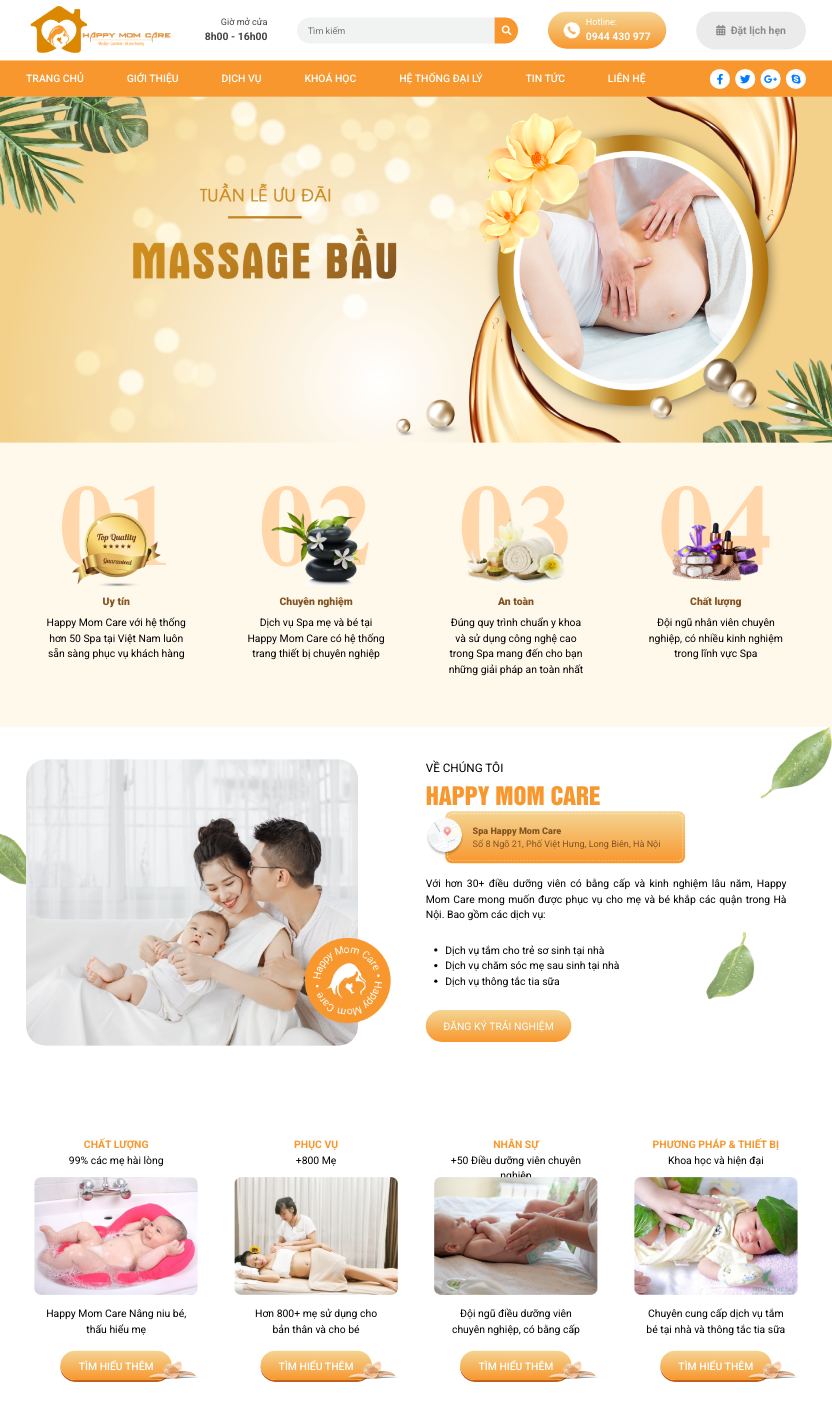
Repository: haianh12082001/happymom
Page: index.html
The author's editor kept a copy of each file at every save. The page is drawn from the files as they stood at one save, then again after the next save.
The browser window is 1280 px wide. The pictures show the whole page, at 65% of full size.
Some web libraries are served in a nearby version. The style sheet was rebuilt from its Sass, Less or Tailwind sources for each picture, by a compiler version that may differ from the author's.

Above is the page before, as saved 2021-11-16 08:46:31.

### index.html
<!DOCTYPE html>
<html lang="en">
    <head>
        <meta charset="UTF-8" />
        <meta http-equiv="X-UA-Compatible" content="IE=edge" />
        <meta name="viewport" content="width=device-width, initial-scale=1.0" />
        <title>Document</title>
        <link href="https://fonts.googleapis.com/css2?family=Roboto:wght@300;400;500;700;900&display=swap" rel="stylesheet" />
        <link rel="stylesheet" href="./assets/fonts/fontawesome-free-5.15.3/css/all.min.css" />
        <link
            rel="stylesheet"
            href="https://cdn.jsdelivr.net/npm/bootstrap@4.6.0/dist/css/bootstrap.min.css"
            integrity="sha384-B0vP5xmATw1+K9KRQjQERJvTumQW0nPEzvF6L/Z6nronJ3oUOFUFpCjEUQouq2+l"
            crossorigin="anonymous"
        />
        <link rel="stylesheet" href="./assets/css/app.css" />
    </head>
    <body>
        <div class="topbar">
            <div class="topbar__container container">
                <div class="topbar__logo">
                    <img src="./assets/img/logo.png" alt="" />
                </div>
                <div class="topbar__openTime">
                    <div class="openTime__text">Giờ mở cửa</div>
                    <div class="openTime__time">8h00 - 16h00</div>
                </div>
                <div class="topbar__seach">
                    <input type="text" name="" id="" placeholder="Tìm kiếm" />
                    <button class="button__seach">
                        <i class="fas fa-search r"></i>
                    </button>
                </div>
                <div class="topbar__hotline">
                    <div class="hotline__icon">
                        <img src="./assets/img/icon__phone.png" alt="" />
                    </div>
                    <div class="hotline__text">
                        <p class="hotline__text--top">Hotline:</p>
                        <p class="hotline__text--bottom">0944 430 977</p>
                    </div>
                </div>
                <div class="topbar__book">
                    <div class="book__icon">
                        <i class="fas fa-calendar-alt"></i>
                    </div>
                    <p class="book__text">Đặt lịch hẹn</p>
                </div>
            </div>
        </div>
        <header class="header">
            <div class="header__container container">
                <ul class="header__list">
                    <li class="header__item">
                        <a href="#" class="header__link">Trang chủ</a>
                    </li>
                    <li class="header__item">
                        <a href="#" class="header__link">Giới thiệu</a>
                    </li>
                    <li class="header__item">
                        <a href="#" class="header__link">Dịch vụ</a>
                    </li>
                    <li class="header__item">
                        <a href="#" class="header__link">Khoá học</a>
                    </li>
                    <li class="header__item">
                        <a href="#" class="header__link">Hệ thống đại lý</a>
                    </li>
                    <li class="header__item">
                        <a href="#" class="header__link">Tin tức</a>
                    </li>
                    <li class="header__item">
                        <a href="#" class="header__link">Liên hệ</a>
                    </li>
                </ul>
                <ul class="header__social">
                    <li>
                        <a href="#">
                            <i class="fab fa-facebook-f"></i>
                        </a>
                    </li>
                    <li>
                        <a href="#">
                            <i class="fab fa-twitter"></i>
                        </a>
                    </li>
                    <li>
                        <a href="#">
                            <i class="fab fa-google-plus-g"></i>
                        </a>
                    </li>
                    <li>
                        <a href="#">
                            <i class="fab fa-skype"></i>
                        </a>
                    </li>
                </ul>
            </div>
        </header>
        <section class="banner">
            <div class="banner__content">
                <div class="banner__img">
                    <img src="./assets/img/banner/Rectangle 28.png" alt="" />
                </div>
                <!-- <div class="banner__phone">
                    <div class="icon">
                        <i class="fas fa-phone-alt"></i>
                    </div>
                    <div class="text">0944 430 977</div>
                </div> -->
            </div>
        </section>
        <section class="bannerAdv">
            <div class="bannerAdv__container container">
                <div class="row">
                    <div class="bannerAdv__item col-lg-3">
                        <div class="bannerAdv__item--top">
                            <div class="text">01</div>
                            <img src="./assets/img/bannerAdv/pngwing 6.png" alt="" />
                        </div>
                        <div class="bannerAdv__item--bottom">
                            <div class="name">Uy tín</div>
                            <p class="des">Happy Mom Care với hệ thống hơn 50 Spa tại Việt Nam luôn sẵn sàng phục vụ khách hàng</p>
                        </div>
                    </div>
                    <div class="bannerAdv__item col-lg-3">
                        <div class="bannerAdv__item--top">
                            <div class="text">02</div>
                            <img src="./assets/img/bannerAdv/pngwing 8.png" alt="" />
                        </div>
                        <div class="bannerAdv__item--bottom">
                            <div class="name">Chuyên nghiệm</div>
                            <p class="des">Dịch vụ Spa mẹ và bé tại Happy Mom Care có hệ thống trang thiết bị chuyên nghiệp</p>
                        </div>
                    </div>
                    <div class="bannerAdv__item col-lg-3">
                        <div class="bannerAdv__item--top">
                            <div class="text">03</div>
                            <img src="./assets/img/bannerAdv/pngwing 9.png" alt="" />
                        </div>
                        <div class="bannerAdv__item--bottom">
                            <div class="name">An toàn</div>
                            <p class="des">Đúng quy trình chuẩn y khoa và sử dụng công nghệ cao trong Spa mang đến cho bạn những giải pháp an toàn nhất</p>
                        </div>
                    </div>
                    <div class="bannerAdv__item col-lg-3">
                        <div class="bannerAdv__item--top">
                            <div class="text">04</div>
                            <img src="./assets/img/bannerAdv/pngwing 10.png" alt="" />
                        </div>
                        <div class="bannerAdv__item--bottom">
                            <div class="name">Chất lượng</div>
                            <p class="des">Đội ngũ nhân viên chuyên nghiệp, có nhiều kinh nghiệm trong lĩnh vực Spa</p>
                        </div>
                    </div>
                </div>
            </div>
        </section>
        <section class="introduce">
            <div class="introduce__container container">
                <div class="row">
                    <div class="col-lg-6">
                        <div class="introduce__img">
                            <img src="./assets/img/Rectangle 33.png" alt="" />
                        </div>
                    </div>
                    <div class="col-lg-6">
                        <div class="introduce__heading">Về chúng tôi</div>
                        <div class="introduce__name">Happy mom care</div>
                        <div class="introduce__address">
                            <div class="introduce__address--img">
                                <img src="./assets/img/Ellipse 29.png" alt="" />
                            </div>
                            <div class="introduce__address--text">
                                <p>Spa Happy Mom Care</p>
                                <span>Số 8 Ngõ 21, Phố Việt Hưng, Long Biên, Hà Nội</span>
                            </div>
                        </div>
                        <div class="introduce__text">
                            <p>
                                Với hơn 30+ điều dưỡng viên có bằng cấp và kinh nghiệm lâu năm, Happy Mom Care mong muốn được phục vụ cho mẹ và bé khắp các quận
                                trong Hà Nội. Bao gồm các dịch vụ:
                            </p>
                            <ul class="text__list">
                                <li>Dịch vụ tắm cho trẻ sơ sinh tại nhà</li>
                                <li>Dịch vụ chăm sóc mẹ sau sinh tại nhà</li>
                                <li>Dịch vụ thông tắc tia sữa</li>
                            </ul>
                        </div>
                        <div class="introduce__btn">
                            <a href="">Đăng ký trải nghiệm</a>
                        </div>
                    </div>
                </div>
            </div>
        </section>
        <section class="blog">
            <div class="blog__container container">
                <div class="row">
                    <div class="blog__item col-lg-3">
                        <div class="blog__name">Chất lượng</div>
                        <div class="blog__subname">99% các mẹ hài lòng</div>
                        <div class="blog__img">
                            <img src="./assets/img/blog/Rectangle 35 (3).png" alt="" />
                        </div>
                        <div class="blog__des">Happy Mom Care Nâng niu bé, thấu hiểu mẹ</div>
                        <div class="blog__btn btn">
                            <a href="">Tìm hiểu thêm</a>
                            <img class="blog__btn--img" src="./assets/img/blog/plant 1.png" alt="" />
                        </div>
                    </div>
                    <div class="blog__item col-lg-3">
                        <div class="blog__name">Phục vụ</div>
                        <div class="blog__subname">+800 Mẹ</div>
                        <div class="blog__img">
                            <img src="./assets/img/blog/Rectangle 35 (4).png" alt="" />
                        </div>
                        <div class="blog__des">Hơn 800+ mẹ sử dụng cho bản thân và cho bé</div>
                        <div class="blog__btn btn">
                            <a href="">Tìm hiểu thêm</a>
                            <img class="blog__btn--img" src="./assets/img/blog/plant 1.png" alt="" />
                        </div>
                    </div>
                    <div class="blog__item col-lg-3">
                        <div class="blog__name">Nhân sự</div>
                        <div class="blog__subname">+50 Điều dưỡng viên chuyên nghiệp</div>
                        <div class="blog__img">
                            <img src="./assets/img/blog/Rectangle 35 (5).png" alt="" />
                        </div>
                        <div class="blog__des">Đội ngũ điều dưỡng viên chuyên nghiệp, có bằng cấp</div>
                        <div class="blog__btn btn">
                            <a href="">Tìm hiểu thêm</a>
                            <img class="blog__btn--img" src="./assets/img/blog/plant 1.png" alt="" />
                        </div>
                    </div>
                    <div class="blog__item col-lg-3">
                        <div class="blog__name">PHƯƠNG PHÁP & THIẾT BỊ</div>
                        <div class="blog__subname">Khoa học và hiện đại</div>
                        <div class="blog__img">
                            <img src="./assets/img/blog/Rectangle 35 (6).png" alt="" />
                        </div>
                        <div class="blog__des">Chuyên cung cấp dịch vụ tắm bé tại nhà và thông tắc tia sữa</div>
                        <div class="blog__btn btn">
                            <a href="">Tìm hiểu thêm</a>
                            <img class="blog__btn--img" src="./assets/img/blog/plant 1.png" alt="" />
                        </div>
                    </div>
                </div>
            </div>
        </section>
        <script type="text/javascript" src="https://code.jquery.com/jquery-1.11.0.min.js"></script>
        <script type="text/javascript" src="https://code.jquery.com/jquery-migrate-1.2.1.min.js"></script>
        <script
            src="https://cdnjs.cloudflare.com/ajax/libs/bootstrap/4.6.0/js/bootstrap.min.js"
            integrity="sha512-XKa9Hemdy1Ui3KSGgJdgMyYlUg1gM+QhL6cnlyTe2qzMCYm4nAZ1PsVerQzTTXzonUR+dmswHqgJPuwCq1MaAg=="
            crossorigin="anonymous"
            referrerpolicy="no-referrer"
        ></script>
        <script type="text/javascript" src="https://cdn.jsdelivr.net/npm/slick-carousel@1.8.1/slick/slick.min.js"></script>
        <script src="./assets/js/main.js"></script>
    </body>
</html>

### assets/sass/app.scss
@import "variables";
@import "reset";
@import "global";
@import "topbar";
@import "header";
@import "banner";
@import "bannerAdv";
@import "introduce";
@import "blog";

### assets/sass/_variables.scss
$font-family: "Roboto", sans-serif;
$color-global: #f8972e;
$text-color: #000000;

### assets/sass/_reset.scss
html {
    box-sizing: border-box;
    scroll-behavior: smooth;
}
* {
    margin: 0;
    padding: 0;
}
*,
*:before,
*:after {
    box-sizing: border-box;
}
input,
textarea,
select,
button {
    outline: none;
}
input {
    line-height: normal;
    outline: none;
    box-shadow: none;
}
input:focus {
    outline: 0;
    border: none;
    box-shadow: none;
}
ul,
li {
    margin: 0;
    padding: 0;
    list-style: none;
}
label,
button {
    cursor: pointer;
}
a {
    text-decoration: none;
    &:hover {
        text-decoration: none;
    }
}
img {
    display: block;
    max-width: 100%;
}

### assets/sass/_global.scss
@font-face {
    font-family: "UTM";
    font-display: swap;
    src: url("../fonts/word/UTM\ HelvetIns.ttf") format("truetype");
}
@font-face {
    font-family: "Time";
    font-display: swap;
    src: url("../fonts/word/timesbd.ttf") format("truetype");
}
body {
    font-family: $font-family;
    margin: 0;
    padding: 0;
    width: 100%;
    font-size: 16px;
    color: $text-color;
}
.container {
    max-width: 1230px;
    margin: 0 auto;
    padding: 0 15px;
}

### assets/sass/_header.scss
.header {
    // height: 59px;
    background: $color-global;
    &__container {
        display: flex;
        justify-content: space-between;
        align-items: center;
    }
    &__list {
        display: flex;
        justify-content: space-between;
        text-transform: uppercase;
        align-items: center;
        // column-gap: 66px;
    }
    &__item {
        margin-left: 66px;
        padding: 16px 0;
        &:first-child {
            margin-left: 0;
        }
    }
    &__link {
        color: #fff;
        font-weight: 500;
    }
    &__social {
        display: flex;
        align-items: center;
        li {
            width: 31px;
            height: 31px;
            background: #fff;
            border-radius: 50%;
            margin-left: 8px;
            i {
                display: flex;
                height: 100%;
                justify-content: center;
                align-items: center;
            }
        }
    }
}

### assets/sass/_banner.scss
.banner {
    position: relative;
    &__img img {
        width: 100%;
        max-height: 598px;
    }
    &__phone {
        color: #845522;
        display: flex;
        .text {
            font-family: "UTM";
        }
    }
}

### assets/sass/_bannerAdv.scss
.bannerAdv {
    background: #fff9ec;
    padding: 25px 0 60px;
    &__container {
    }
    &__item {
        padding: 0px 46px;
        display: flex;
        flex-direction: column;
        align-items: center;
        &--top {
            position: relative;
            display: inline-block;
            max-width: 180px;
            height: 207px;

            .text {
                color: #ffd7ab;
                font-size: 180px;
                font-weight: 700;
                font-family: "Time";
                line-height: 206px;
            }
            img {
                position: absolute;
                bottom: 10px;
                left: 50%;
                transform: translateX(-50%);
            }
        }
        &--bottom {
            text-align: center;
            .name {
                color: #845522;
                margin-bottom: 9px;
                font-weight: 900;
            }
        }
    }
}

### assets/sass/_blog.scss
.blog {
    padding-top: 40px;
    &__item {
        padding: 40px 28px 55px 28px;
        background: #ffffff;
    }
    &__name {
        text-align: center;
        text-transform: uppercase;
        color: $color-global;
        font-weight: 700;
    }
    &__subname {
        text-align: center;
        // margin-bottom: 13px;
        height: 38px;
    }
    &__des {
        text-align: center;
        padding: 17px;
        display: -webkit-box;
        -webkit-line-clamp: 2;
        -webkit-box-orient: vertical;
        overflow: hidden;
        text-overflow: ellipsis;
        word-break: break-word;
        // height: 59px;
    }
    &__btn {
        text-align: center;
        margin-top: 10px;
        position: relative;
        display: inherit;
        a {
            padding: 15px 28px 11px 28px;
            background: linear-gradient(180deg, #f4d593 0%, #f8972e 100%);
            border-radius: 50px;
            text-transform: uppercase;
            color: #fff;
            font-weight: 500;
            box-shadow: 0 3px 0px rgba($color: #c2611c, $alpha: 1);
        }
        &--img {
            position: absolute;
            bottom: 0;
            right: 0;
            transform: translateX(25%);
        }
    }
}

Loaded but not shown: assets/fonts/fontawesome-free-5.15.3/css/all.min.css (library); assets/sass/_introduce.scss (117 lines, source omitted); assets/sass/_topbar.scss (95 lines, source omitted); assets/js/main.js (no copy from this time; the picture is the same without it)

After the next save:
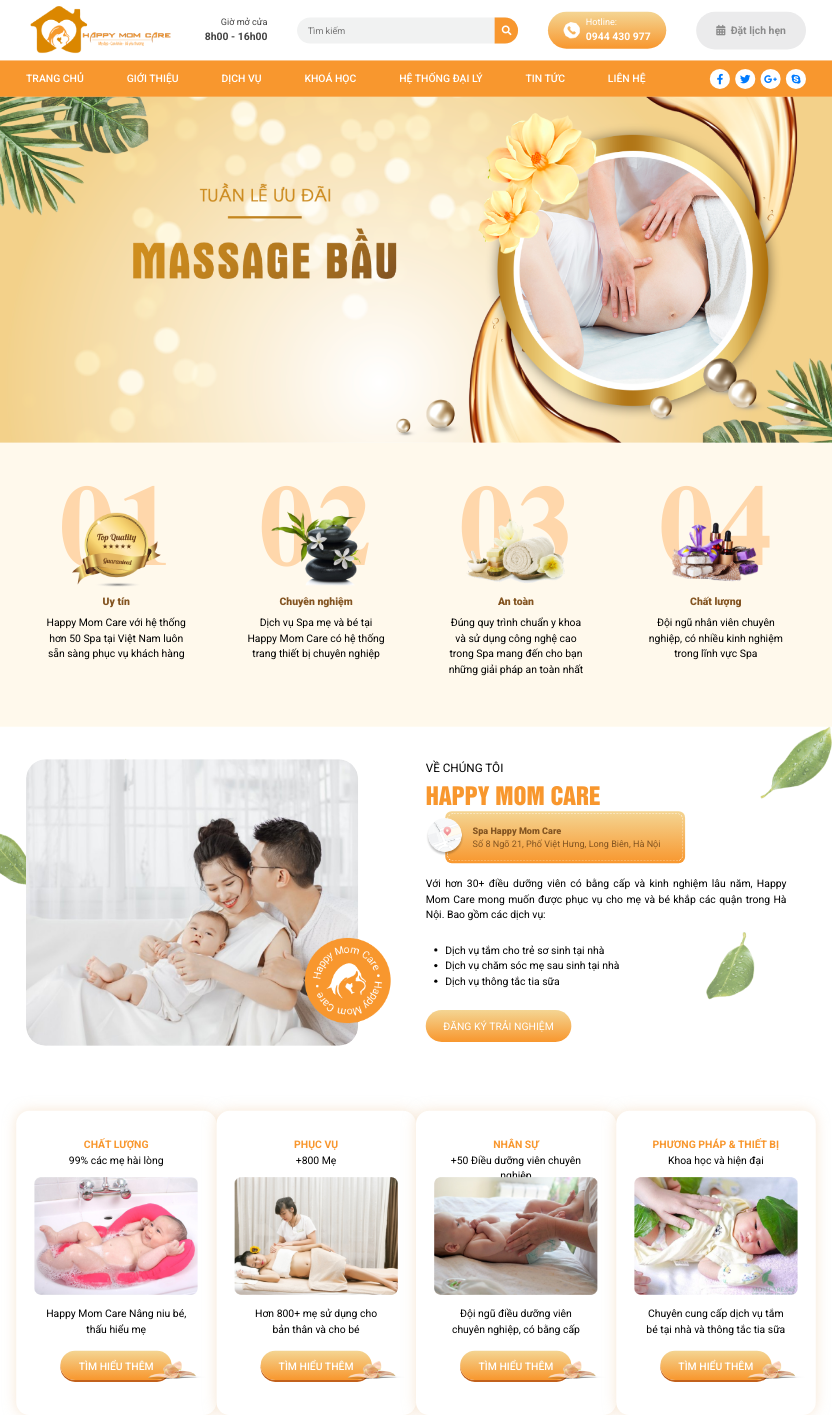
Saved 8 s later.
--- a/assets/sass/_blog.scss
+++ b/assets/sass/_blog.scss
@@ -3,6 +3,8 @@
     &__item {
         padding: 40px 28px 55px 28px;
         background: #ffffff;
+        box-shadow: 0px 0px 20px rgba(239, 206, 168, 0.5);
+        border-radius: 20px;
     }
     &__name {
         text-align: center;

After the save that followed:
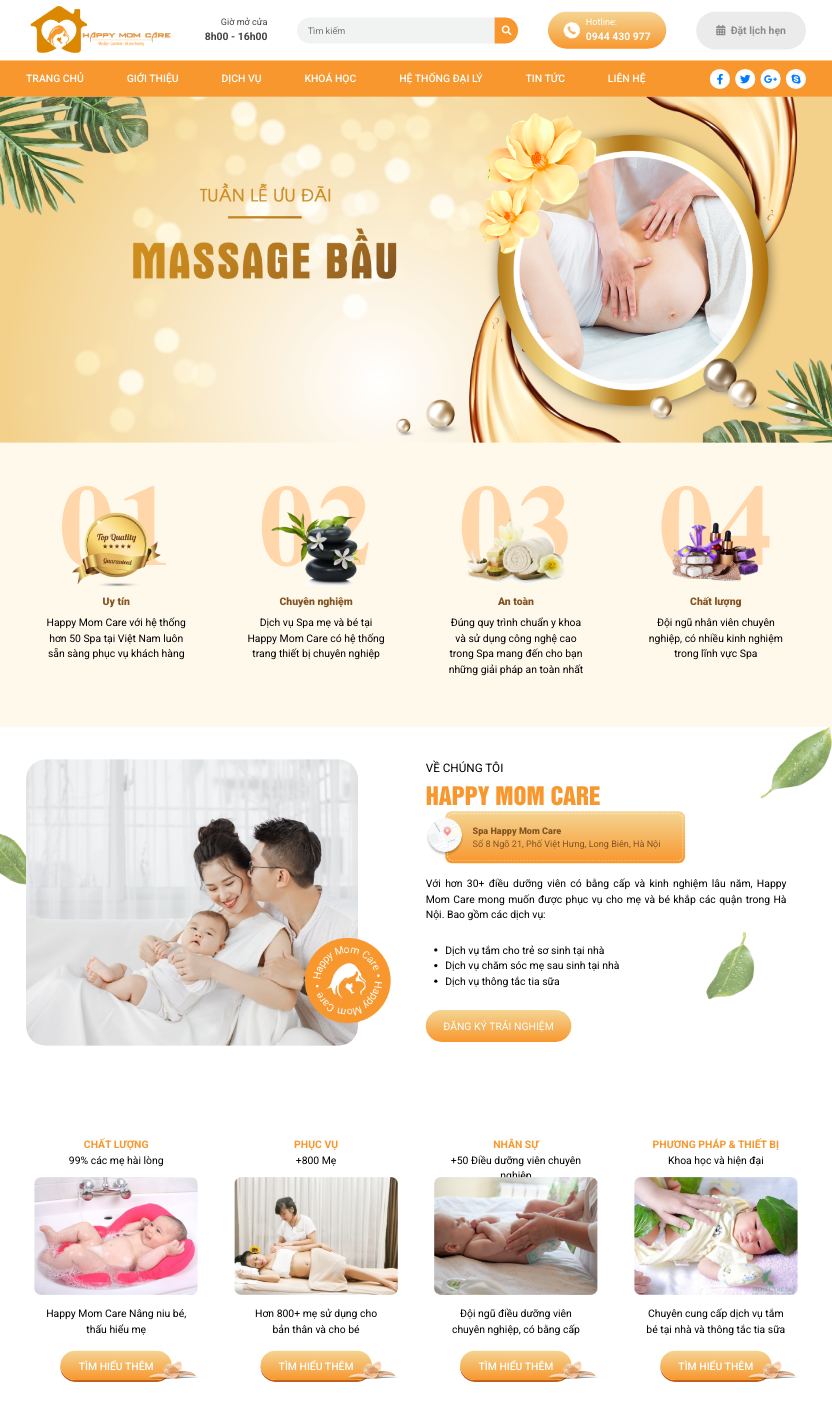
Saved 24 s later.
--- a/assets/sass/_blog.scss
+++ b/assets/sass/_blog.scss
@@ -2,9 +2,9 @@
     padding-top: 40px;
     &__item {
         padding: 40px 28px 55px 28px;
-        background: #ffffff;
-        box-shadow: 0px 0px 20px rgba(239, 206, 168, 0.5);
-        border-radius: 20px;
+        // background: #ffffff;
+        // box-shadow: 0px 0px 20px rgba(239, 206, 168, 0.5);
+        // border-radius: 20px;
     }
     &__name {
         text-align: center;
